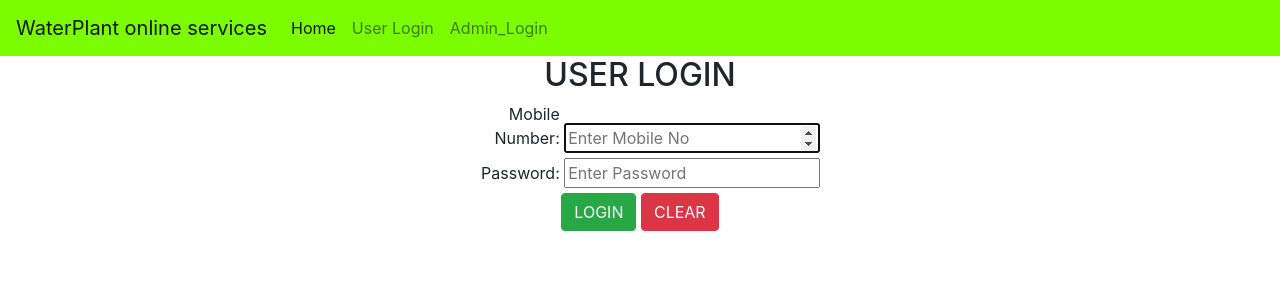
Repository: SHARMILAG97/WebApplication
Page: http://localhost/waterplant_web/userlogin.jsp
An editor plug-in stored every save of this project. The page is shown before and after the next save, followed by the edit.
The browser window is 1280 px wide. The pictures show the whole page.
The page is served by Tomcat 9. Other server files are loaded and not shown.

Above is the page before, as saved 2019-09-18 09:13:36.
Console error: TypeError: Cannot read properties of undefined (reading 'fn')

### waterplant_web/src/main/webapp/userlogin.jsp
<%@ page language="java" contentType="text/html; charset=ISO-8859-1"
    pageEncoding="ISO-8859-1"%>
<!DOCTYPE html>
<html>
<head>
<meta charset="ISO-8859-1">
<title>UserLogin</title>
<link rel="stylesheet" href="css/bootstrap.min.css">
<script src="js/bootstrap.min.js"></script>
<script src="js/jquery-3.4.1.min.js"></script>

<style type="text/css">
   label{
  width: 100px;
  display: inline-block;
  text-align: right;
   }
</style>



</head>

<body style="text-align:center">

<jsp:include page="headers.jsp"></jsp:include>
<h2>USER LOGIN</h2>
<script type="text/javascript">
       function status() {
           alert("Logged successfully");
           window.location.href = "useroperations.jsp";
       }
 </script>
 <script>

function register() {
    //alert('register');
    event.preventDefault();
   var mobileno = document.getElementById("mobileno").value;
    var password = document.getElementById("password").value;
    var formData = "mobileno=" + mobileno + "&password=" + password;
    console.log(formData);

    var url = "http://localhost:8080/waterplant_web/UserLoginServlet?" + formData;
    console.log(url);
    var formData = {};
    $.get(url, function(response) {
        console.log(response);
        localStorage.setItem("LOGGED_IN_USER",response);
        console.log(response.errorMessage);
        var msg=JSON.parse(response);

        if (msg.errorMessage!=null) {
            alert("Invalid Username/Password");
            window.location.href = "userlogin.jsp";
        } else {
            alert("valid Username/Password");
           status();
        }
    });
}
</script>
<%
String message = request.getParameter("message");
if (message != null){
	out.println("<font color='red'>" + message + "</font>");
}
%>


<form onsubmit="register()">
<label>Mobile Number:</label>
<input type="number" name="mobileno" id="mobileno" placeholder="Enter Mobile No" required autofocus/>
<br/>

<label>Password:</label>
<input type="password" name="password" id="password" placeholder="Enter Password" required />
<br/>

<input type="submit" value="LOGIN" class="btn btn-success">
<button type="reset" class="btn btn-danger" value="clear">CLEAR</button>
</form>

<script >

function displayName(){

	var user =JSON.parse(localStorage.getItem("LOGGED_IN_USER"));
	var name= user.Name;
	document.getElementById("name").innerHtml = "Welcome....."+ name;
	return name;
}

displayName();
</script>


</body>
</html>

### waterplant_web/src/main/webapp/headers.jsp

<nav class="navbar navbar-expand-md navbar-light" style="background-color: #7CFC00;">
 <a class="navbar-brand" href="index.jsp">WaterPlant online services</a>
 <button class="navbar-toggler" type="button" data-toggle="collapse" data-target="#navbarCollapse" aria-controls="navbarCollapse" aria-expanded="false" aria-label="Toggle navigation">
   <span class="navbar-toggler-icon"></span>
 </button>
 <div class="collapse navbar-collapse" id="navbarCollapse">
   <ul class="navbar-nav mr-auto">
     <li class="nav-item active">
       <a class="nav-link" href="index.jsp">Home</a>
     </li>

     <li class="nav-item">
       <a class="nav-link " href="userlogin.jsp">User Login</a>
     </li>
     <li class="nav-item">
       <a class="nav-link " href="adminlogin.jsp">Admin_Login</a>
     </li>
   </ul>
 <!--   <form class="form-inline mt-2 mt-md-0">
   <input class="form-control mr-sm-2" type="text" placeholder="Search" aria-label="Search">
     <button class="btn btn-outline-success my-2 my-sm-0" type="submit">Search</button>
   </form>-->
 </div>
</nav>

Loaded but not shown: waterplant_web/src/main/webapp/css/bootstrap.min.css (library); waterplant_web/src/main/webapp/js/bootstrap.min.js (library); waterplant_web/src/main/webapp/js/jquery-3.4.1.min.js (library)

After the next save:
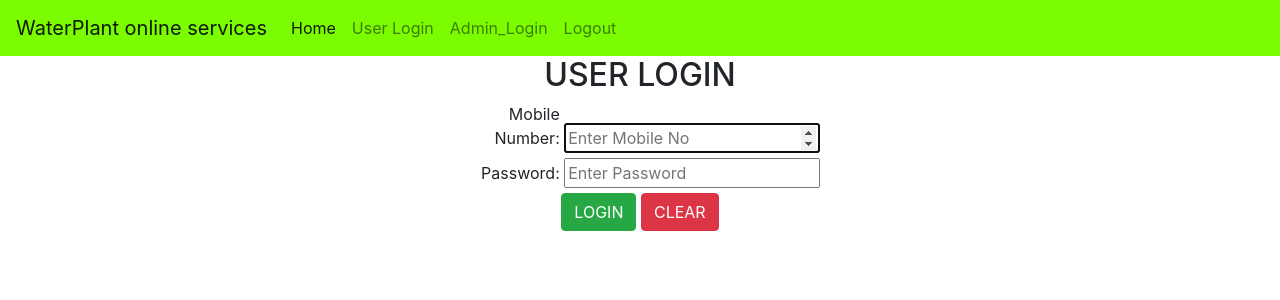
Saved 98 s later.
--- a/waterplant_web/src/main/webapp/headers.jsp
+++ b/waterplant_web/src/main/webapp/headers.jsp
@@ -16,6 +16,10 @@
      <li class="nav-item">
        <a class="nav-link " href="adminlogin.jsp">Admin_Login</a>
      </li>
+      <li class="nav-item">
+       <a class="nav-link " href="index.jsp">Logout</a>
+     </li>
+
    </ul>
  <!--   <form class="form-inline mt-2 mt-md-0">
    <input class="form-control mr-sm-2" type="text" placeholder="Search" aria-label="Search">
